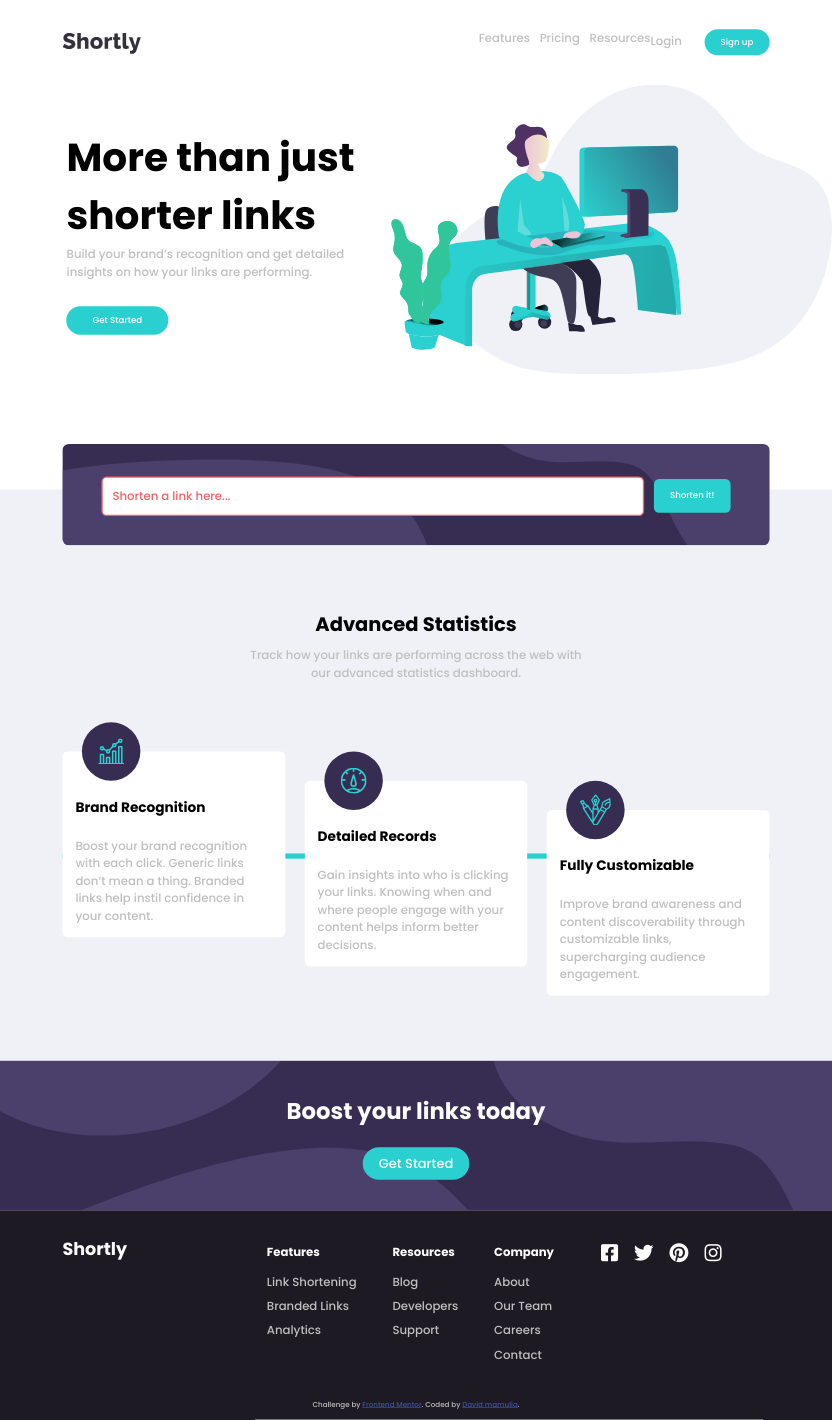
Repository: mamulini/URL-shortener
Page: index.html
An editor plug-in stored every save of this project. The page is shown before and after the next save, followed by the edit.
The browser window is 1280 px wide. The pictures show the whole page, at 65% of full size.
Some web libraries are served in a nearby version. The style sheet was rebuilt from its Sass, Less or Tailwind sources for each picture, by a compiler version that may differ from the author's.

Above is the page before, as saved 2020-04-28 18:13:03.

After the next save:
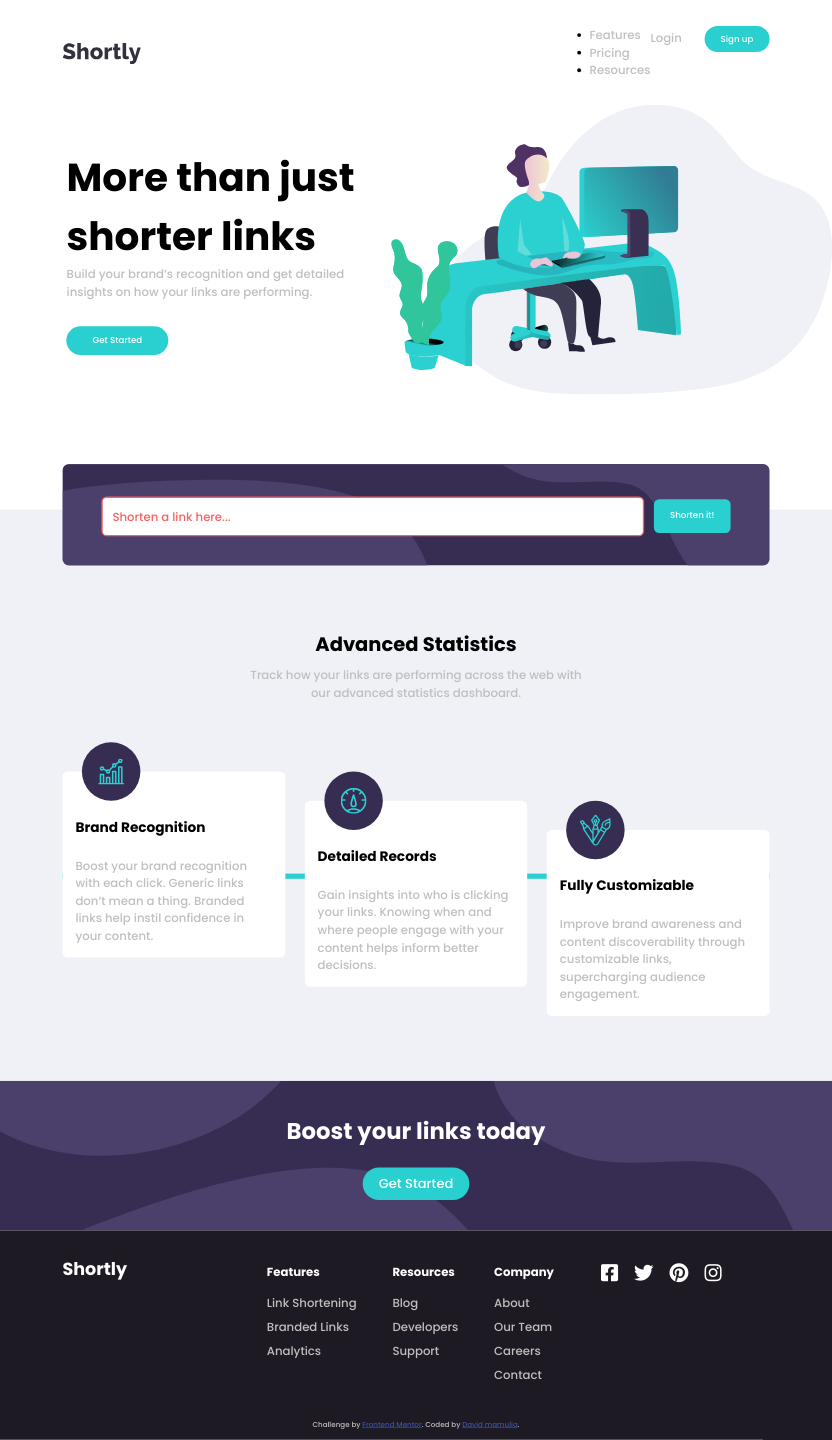
Saved 63 s later.
--- a/sass/main.scss
+++ b/sass/main.scss
@@ -49,6 +49,7 @@
 .nav{
     display: flex;
     justify-content: space-between;
+    flex: 2
     // flex: 0 0 25%;
     &__menu{
         display: flex;

After the 2 saves that followed:
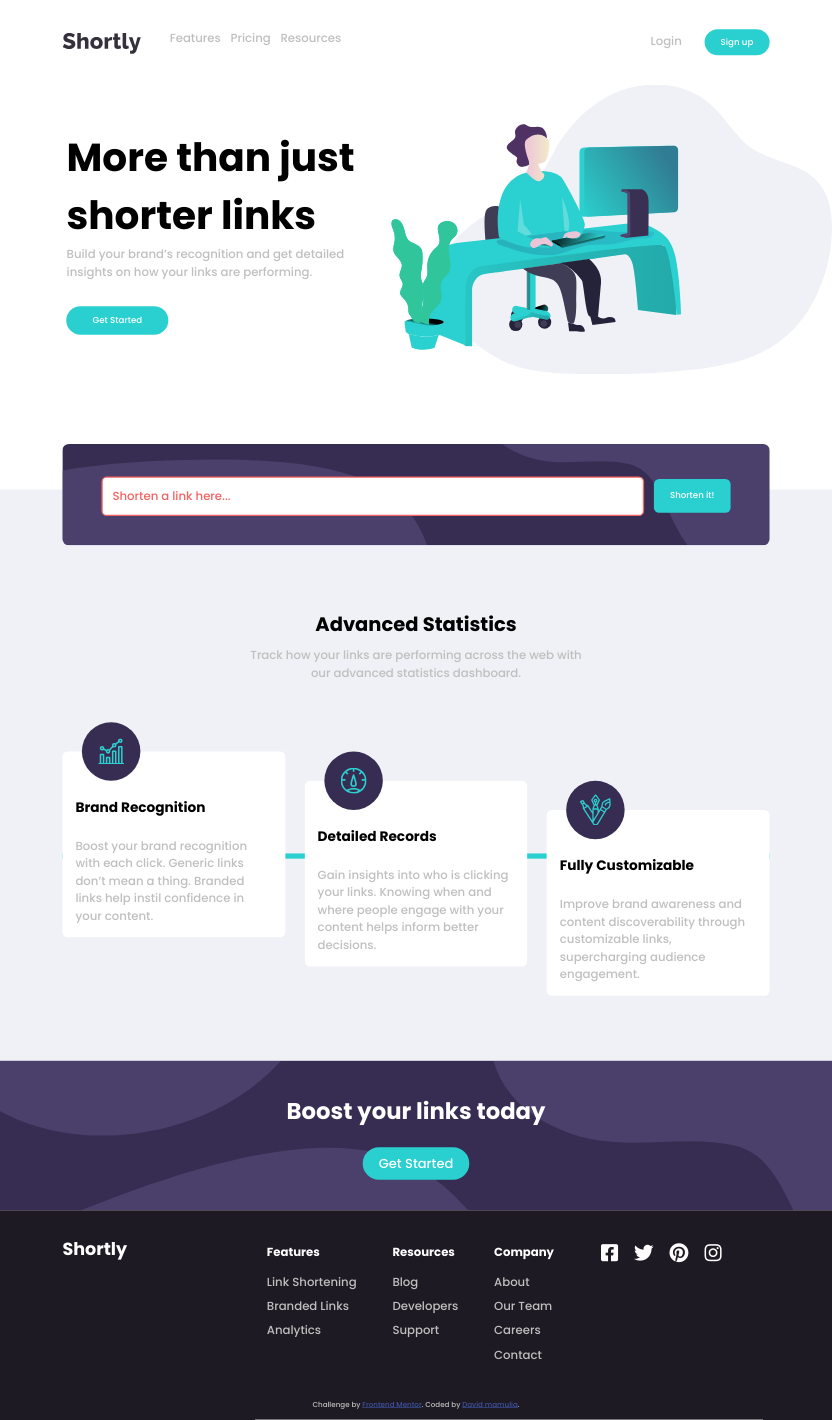
The 2 saves are shown as one change because 1 left the picture as it was.
The last was saved 28 s later.
--- a/sass/main.scss
+++ b/sass/main.scss
@@ -40,7 +40,7 @@
     justify-content: space-between;
     align-items: center;
     &__logo{
-        flex: 0 0 25%;
+        flex: 1;
         max-width: 150px;
         margin-top: 10px;
     }
@@ -49,7 +49,7 @@
 .nav{
     display: flex;
     justify-content: space-between;
-    flex: 2
+    flex: 2;
     // flex: 0 0 25%;
     &__menu{
         display: flex;
